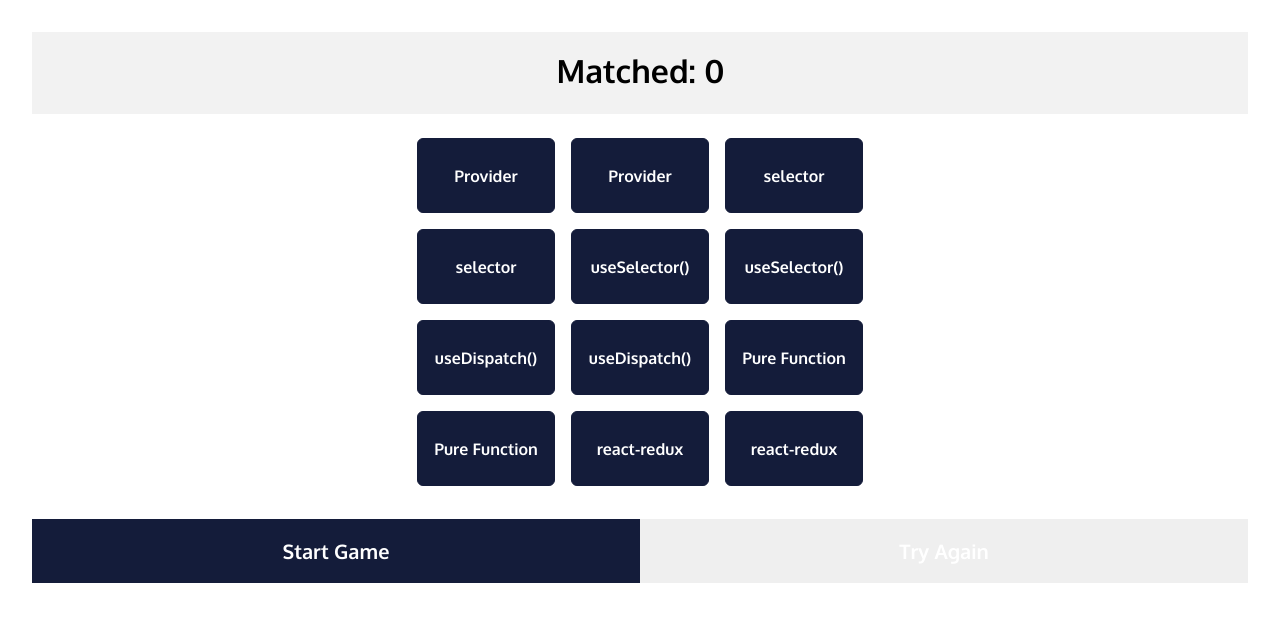
Repository: dnmyers/matching-memory
Page: /
An editor plug-in stored every save of this project. The page is shown before and after the next save, followed by the edit.
The browser window is 1280 px wide. The pictures show the whole page.
The project was rebuilt for these pictures with package versions that can differ from the ones it lists, and the page was loaded fresh each time. Also part of the build but not shown: vite.config.js.

Above is the page before, as saved 2023-08-24 20:15:44.

### src/main.jsx
import ReactDOM from 'react-dom/client';
import { Provider } from 'react-redux';

import App from './app/App';
import { store } from './app/store.jsx';

import './index.css';

ReactDOM.createRoot(
    document.getElementById('root')
).render(
    <Provider store={store}>
        <App />
    </Provider>,
);

### src/app/App.jsx
import { useDispatch } from 'react-redux';

import { Score } from '../features/score/Score.jsx';
import { Board } from '../features/board/Board.jsx';

import { setBoard, resetCards } from '../features/board/boardSlice.jsx';

import './App.css';

const App = () => {
    const dispatch = useDispatch();

    const startGameHandler = () => {
        dispatch(setBoard());
    };

    const tryAgainHandler = () => {
        dispatch(resetCards());
    };

    return (
        <div className="App">
            <Score />
            <Board />
            <footer className="footer">
                <button onClick={startGameHandler} className="start-button">
                    Start Game
                </button>
                <button onClick={tryAgainHandler} className="try-again-button">
                    Try Again
                </button>
            </footer>
        </div>
    );
};

export default App;

### src/app/store.jsx
import { configureStore } from '@reduxjs/toolkit';

import { boardReducer } from '../features/board/boardSlice';


export const store = configureStore({
    reducer: {
        board: boardReducer
    }
});

### src/index.css
@import url("https://fonts.googleapis.com/css2?family=Oxygen:wght@700&display=swap");

html,
body {
    margin: 0;
}

* {
    font-family: "Oxygen", sans-serif;
    font-weight: bold;
}

.card {
    padding: 20px 0;
    text-align: center;
    border-radius: 6px;
    border: solid 1px #141c3a;
    background-color: #141c3a;
    color: white;
    cursor: pointer;
    height: 75px;
    font-size: 16px;
}

.card:hover,
.card:focus {
    background-color: #2e4085;
    transition: all 0.3s ease-in-out;
}

.cards-container {
    display: grid;
    grid-template-columns: repeat(3, 138px);
    grid-auto-rows: 1fr;
    gap: 16px 16px;
    margin: 0 auto;
    width: fit-content;
    padding: 24px 0 33px 0;
}

.card.selected {
    background-color: initial;
    color: #141c3a;
    border: solid 1px #141c3a;
}

.card.matched {
    color: #4fe0b0;
}

.card.no-match {
    color: #fd4d3f;
}

.logo-placeholder {
    width: 120px;
}

.score-container {
    background-color: #f2f2f2;
    padding: 18px 158px 23px 159px;
    text-align: center;
    font-size: 32px;
}

.footer > button {
    width: 50%;
    padding: 19px 40px 19px 40px;
    font-size: 20px;
    border: none;
    color: #ffffff;
    cursor: pointer;
}

.start-button {
    background-color: #141c3a;
}

.start-button:hover,
.start-button:focus {
    background-color: #2c3f81;
    transition: all 0.3s ease-in-out;
}

.try-new-pair-button {
    background-color: #6400e4;
}

.try-new-pair-button:hover,
.try-new-pair-button:focus {
    background-color: #7d1aff;
    transition: all 0.3s ease-in-out;
}

### src/features/score/Score.jsx
export const Score = () => {
    return (
        <div className="score-container">Matched: 0</div>
    );
};

### src/features/board/Board.jsx
import { useSelector } from 'react-redux';

import { CardRow } from './cardRow/CardRow.jsx';
import { selectBoard } from './boardSlice.jsx';

export const Board = () => {
    const currentBoard = useSelector(selectBoard);

    const numberOfCards = currentBoard.length;
    const columns = 3;
    const rows = Math.floor(numberOfCards / columns);

    // Utility Function
    const getRowCards = (row) => {
        const rowCards = [];

        for (let j = 0; j < columns; j++) {
            const cardIndex = row * columns + j;

            rowCards.push(currentBoard[cardIndex]);
        }

        return rowCards;
    };

    let content = [];
    for (let row = 0; row < rows; row++) {
        const rowCards = getRowCards(row);

        content.push(
            <CardRow
                key={row}
                cards={rowCards}
            />
        );
    }

    return <div className="cards-container">{content}</div>;
};

### src/features/board/boardSlice.jsx
/* eslint-disable no-unused-vars */
const initialState = [
    { id: 0, contents: 'Provider', visible: true, matched: true },
    { id: 1, contents: 'Provider', visible: true, matched: true },
    { id: 2, contents: 'selector', visible: true, matched: true },
    { id: 3, contents: 'selector', visible: true, matched: true },
    { id: 4, contents: 'useSelector()', visible: true, matched: true },
    { id: 5, contents: 'useSelector()', visible: true, matched: true },
    { id: 6, contents: 'useDispatch()', visible: true, matched: true },
    { id: 7, contents: 'useDispatch()', visible: true, matched: true },
    { id: 8, contents: 'Pure Function', visible: true, matched: true },
    { id: 9, contents: 'Pure Function', visible: true, matched: true },
    { id: 10, contents: 'react-redux', visible: true, matched: true },
    { id: 11, contents: 'react-redux', visible: true, matched: true },
];

export const boardReducer = (state = initialState, action) => {
    switch (action.type) {
        case 'board/setBoard': {
            let setState = [];
            action.payload.forEach((element, index) =>
                setState.push({
                    id: index,
                    contents: element,
                    visible: false,
                    matched: false
                })
            );

            return setState;
        }
        case 'board/flipCard': {
            let flipState = [...state];
            const cardID = action.payload;
            flipState[cardID] = { ...state[cardID], visible: true };

            const [index1, index2] = flipState
                .filter(card => card.visible)
                .map(card => card.id);
            if (index2 !== undefined) {
                const card1 = flipState[index1];
                const card2 = flipState[index2];
                if (card1.contents === card2.contents) {
                    flipState[index1] = { ...card1, visible: false, matched: true };
                    flipState[index2] = { ...card2, visible: false, matched: true };
                }
            }

            return flipState;
        }
        case 'board/resetCards':
            return state.map(card => ({ ...card, visible: false }));
        default:
            return state;
    }
}

const wordPairs = [
    'Provider', 'Provider',
    'selector', 'selector',
    'useSelector()', 'useSelector()',
    'useDispatch()', 'useDispatch()',
    'Pure Function', 'Pure Function',
    'react-redux', 'react-redux',
]

const randomWords = () => {
    let words = [];
    let newWordPairs = [...wordPairs];
    const reps = newWordPairs.length;
    for (let i = 0; i < reps; i++) {
        const wordIndex = Math.floor(Math.random() * newWordPairs.length);
        words.push(newWordPairs[wordIndex])
        newWordPairs.splice(wordIndex, 1)
    }

    return words;
}

// action creators
export const setBoard = () => {
    const words = randomWords();
    return {
        type: 'board/setBoard',
        payload: words
    }
}

export const flipCard = (id) => {
    return {
        type: 'board/flipCard',
        payload: id
    }
}

export const resetCards = (_indices) => {
    return {
        type: 'board/resetCards'
    }
}

// Add selector export statements below
export const selectBoard = state => {
    return state.board.map(
        card => ({
            id: card.id,
            contents: card.contents
        })
    );
};

export const selectVisibleIDs = state => {
    return state.board.filter(
        card => card.visible
    ).map(
        card => card.id
    );
};

export const selectMatchedIDs = state => {
    return state.board.filter(
        card => card.matched
    ).map(
        card => card.id
    );
};

### src/features/board/cardRow/CardRow.jsx
/* eslint-disable react/prop-types */
import { Card } from './card/Card.jsx';

export const CardRow = ({ cards }) => {
    const content = cards.map(card =>
        <Card
            key={card.id}
            id={card.id}
            contents={card.contents}
        />)

    return <>{content}</>;
};

### src/features/board/cardRow/card/Card.jsx
/* eslint-disable react/prop-types */
import { useSelector, useDispatch } from 'react-redux';

import { selectVisibleIDs, flipCard, selectMatchedIDs } from '../../boardSlice';

let cardLogo = "https://static-assets.codecademy.com/Courses/Learn-Redux/matching-game/codecademy_logo.png";

export const Card = ({ id, contents }) => {
    const visibleIDs = useSelector(selectVisibleIDs);
    const matchedIDs = useSelector(selectMatchedIDs);
    const dispatch = useDispatch();


    // flip card action
    const flipHandler = (id) => {
        // Add action dispatch below
        dispatch(flipCard(id));
    };

    let cardStyle = 'resting'
    let click = () => flipHandler(id);

    let cardText = (
        <img src={cardLogo} className="logo-placeholder" alt="Card option" />
    );

    // 1st if statement
    // implement card id array membership check
    if (visibleIDs.includes(id)) {
        cardText = contents;
        click = () => { };
    }

    /*
    // 2nd if statement
    // implement card id array membership check
    if (false) {
        cardStyle = 'matched';
    }
    */

    // 3rd if statement
    // implement number of flipped cards check
    if (visibleIDs.length === 2) {
        click = () => { };
    }
    return (
        <button onClick={click} className={`card ${cardStyle}`}>
            {cardText}
        </button>
    );
};

Loaded but not shown: index.html (common file); src/app/App.css (common file)

After the next save:
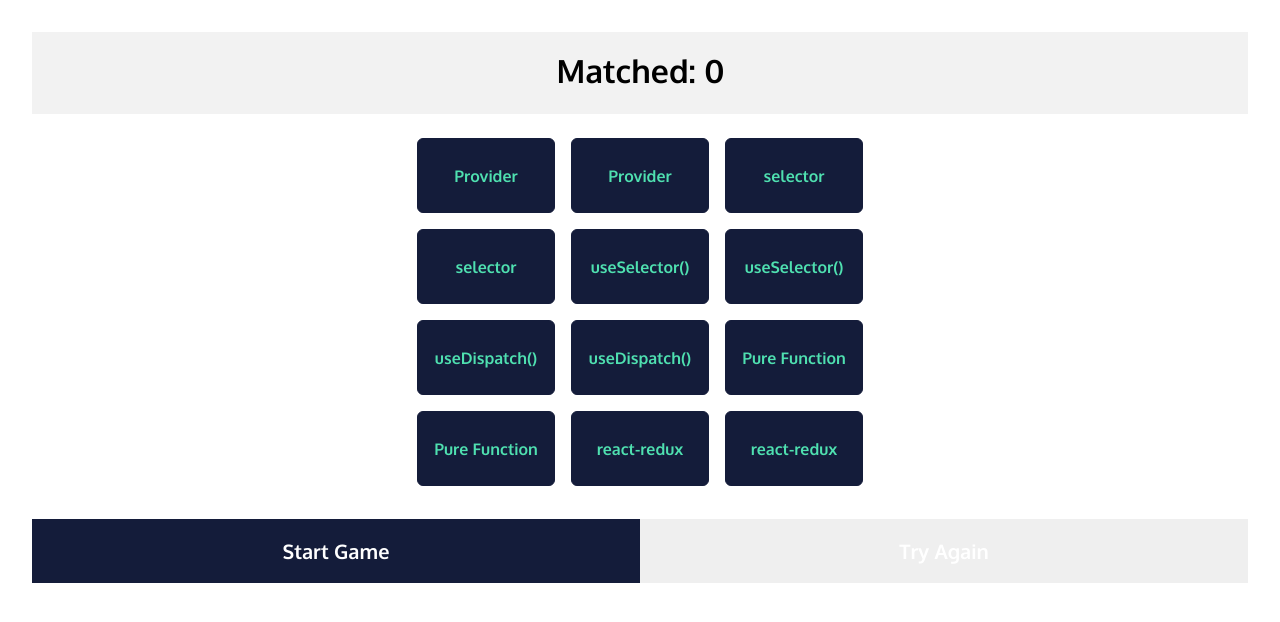
Saved 76 s later.
--- a/src/features/board/cardRow/card/Card.jsx
+++ b/src/features/board/cardRow/card/Card.jsx
@@ -31,13 +31,11 @@ export const Card = ({ id, contents }) => {
         click = () => { };
     }
 
-    /*
     // 2nd if statement
     // implement card id array membership check
-    if (false) {
+    if (matchedIDs.includes(id)) {
         cardStyle = 'matched';
     }
-    */
 
     // 3rd if statement
     // implement number of flipped cards check
